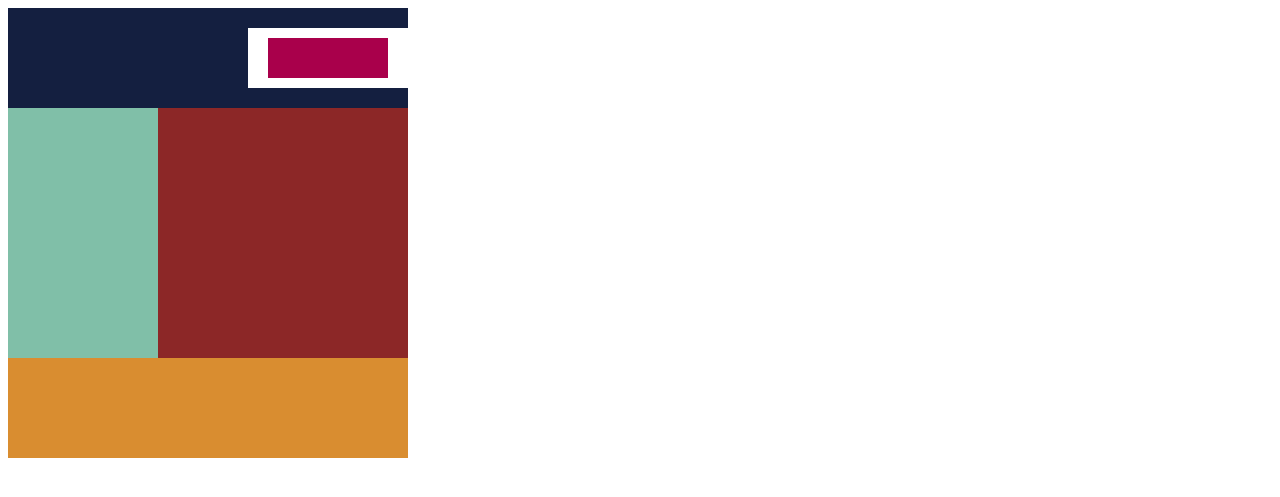
Repository: natuki-i/curriculum
Page: http://localhost/
The author's editor kept a copy of each file at every save. The page is drawn from the files as they stood at one save, then again after the next save.
The browser window is 1280 px wide. The pictures show the whole page.
The page is run by PHP 8.4 with error messages shown; the project is at /var/www/html/.

Above is the page before, as saved 2022-11-26 20:27:47.

### PHPjob/1/index.html
<!DOCTYPE html>
<html lang="en">
<head>
    <meta charset="UTF-8">
    <meta http-equiv="X-UA-Compatible" content="IE=edge">
    <meta name="viewport" content="width=device-width, initial-scale=1.0">
    <title>Document</title>
    <link rel="stylesheet" href="css/style.css">
</head>
<body>
    <div class="header">
        <div class="h-boxs">
            <div class="h-box"></div>
            <div class="h-box"></div>
            <div class="h-box"></div>
        </div>
    </div>
    <div class="main clearfix">
        <div class="left"></div>
        <div class="right"></div>
    </div>
    <div class="footer"></div>
</body>
</html>

### PHPjob/1/css/style.css
.header {
    width: 400px;
    height: 100px;
    background-color: #141f40;
    display: flex;
    align-items: center;
    justify-content: flex-end;
}

.h-boxs {
    width: 160px;
    height: 60px;
    background-color: white;
    display: flex;
    align-items: center;
    justify-content: center;
}

.h-box {
    width: 40px;
    height: 40px;
    background-color: #a9004b;
}


.main {
    display: flex;
}

.left {
    width: 150px;
    height: 250px;
    background-color: #80bfa8;
}

.right {
    width: 250px;
    height: 250px;
    background-color: #8c2727;
}

.footer {
    width: 400px;
    height: 100px;
    background-color: #d98d30;
}

After the next save:
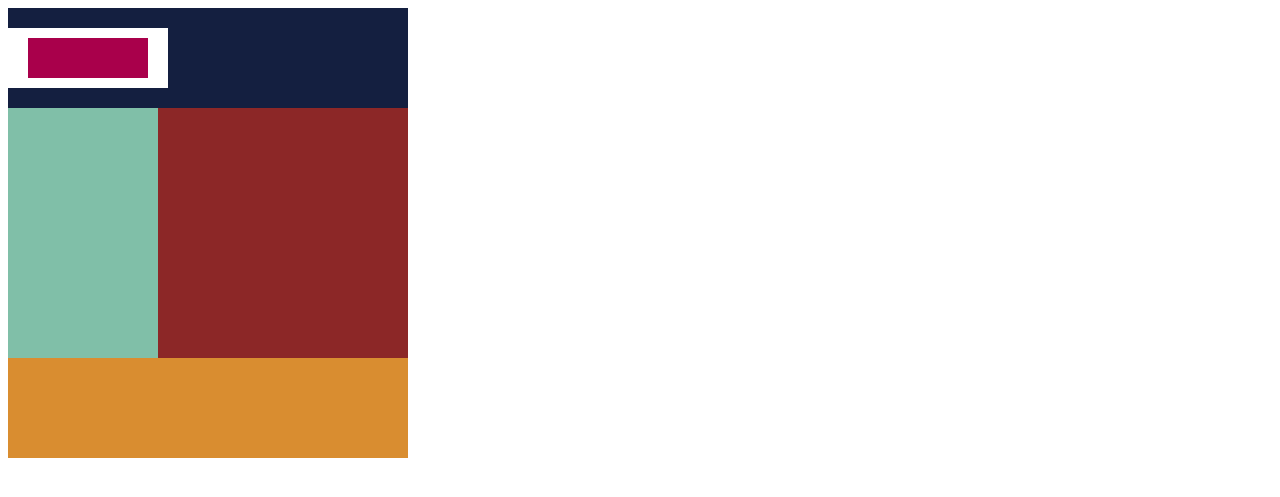
Saved 5 min 55 s later.
--- a/PHPjob/1/css/style.css
+++ b/PHPjob/1/css/style.css
@@ -4,7 +4,7 @@
     background-color: #141f40;
     display: flex;
     align-items: center;
-    justify-content: flex-end;
+    justify-content: flex-end space-around;
 }
 
 .h-boxs {

After the save that followed:
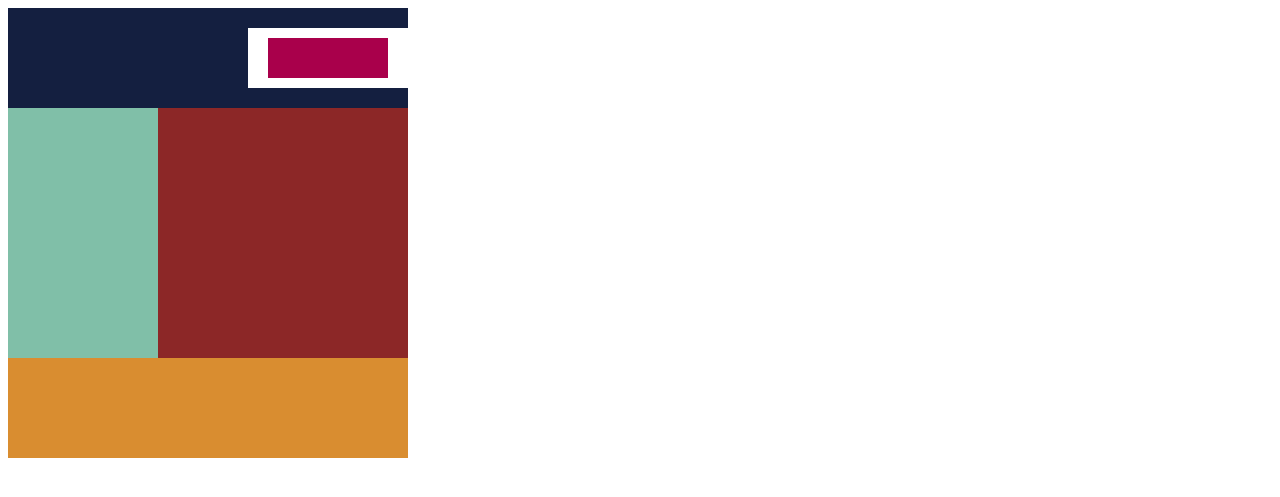
Saved 21 s later.
--- a/PHPjob/1/css/style.css
+++ b/PHPjob/1/css/style.css
@@ -4,7 +4,7 @@
     background-color: #141f40;
     display: flex;
     align-items: center;
-    justify-content: flex-end space-around;
+    justify-content: flex-end; space-around;
 }
 
 .h-boxs {
